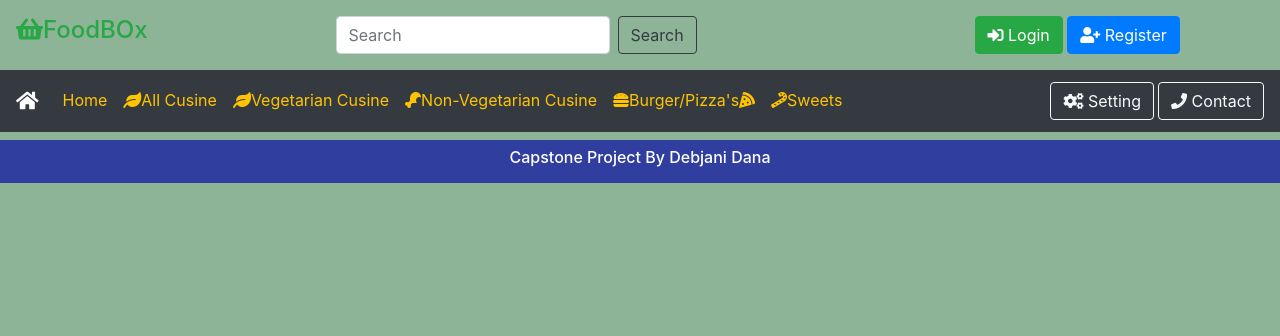
Repository: debjaniprofessional32/Capstone-Final-FoodBox-Delivery-Project
Page: http://localhost/OnlinFoodBOX/useraddress.jsp
An editor plug-in stored every save of this project. The page is shown before and after the next save, followed by the edit.
The browser window is 1280 px wide. The pictures show the whole page.
Some web libraries are served in a nearby version. The page is served by Tomcat 9.

Above is the page before, as saved 2022-12-23 11:48:37.

After the next save:
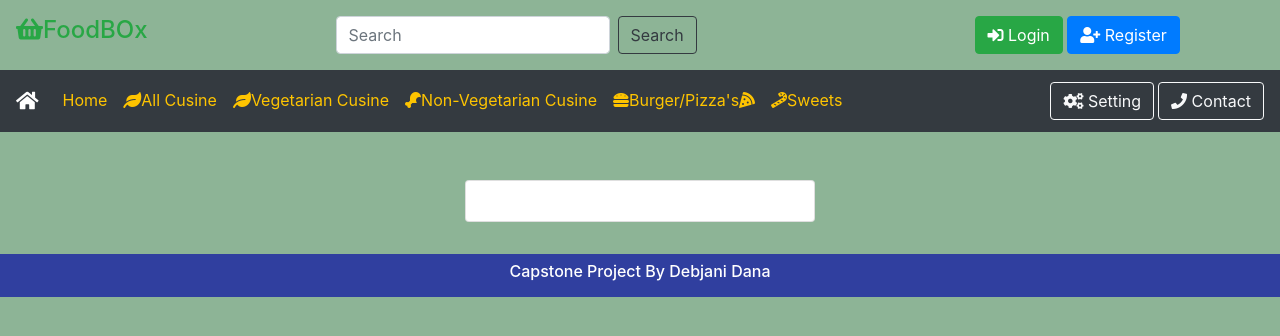
Saved 5 min 18 s later.
--- a/OnlinFoodBOX/src/main/webapp/useraddress.jsp
+++ b/OnlinFoodBOX/src/main/webapp/useraddress.jsp
@@ -4,12 +4,24 @@
 <html>
 <head>
 <meta charset="ISO-8859-1">
-<title>Insert title here</title>
+<title>Edit Address</title>
 <%@include file="all_Component/allCss.jsp"%>
 <link rel="stylesheet" href="all_Component/style.css">
 </head>
 <body style="background-color:#8DB496 ">
 <%@include file="all_Component/navbar.jsp"%>
+<div class="container">
+<div class="row">
+<div class="col-md-4 offset-md-4 mt-5 mb-4">
+<div class="card">
+<div class="card-body">
+
+
+</div>
+</div>
+</div>
+</div>
+</div>
 <%@include file="all_Component/footer.jsp"%>
 
 </body>
